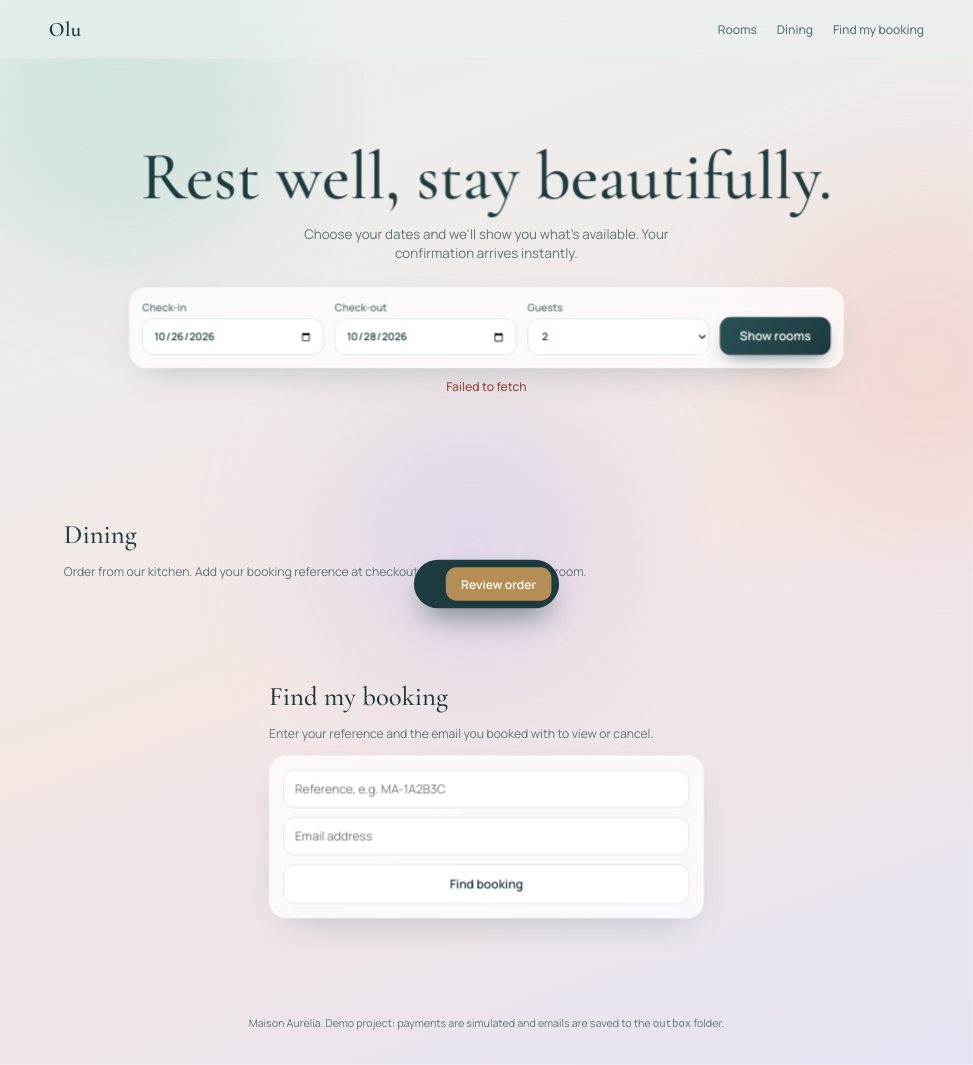
Repository: Deneththri/Hotel-System
Page: public/index.html
The author's editor kept a copy of each file at every save. The page is drawn from the files as they stood at one save, then again after a run of saves.
The browser window is 1280 px wide. The pictures show the whole page, at 76% of full size.
The page's requests for data from a server got no answer.

Above is the page before, as saved 2026-10-25 17:57:06.

After the next 2 saves:
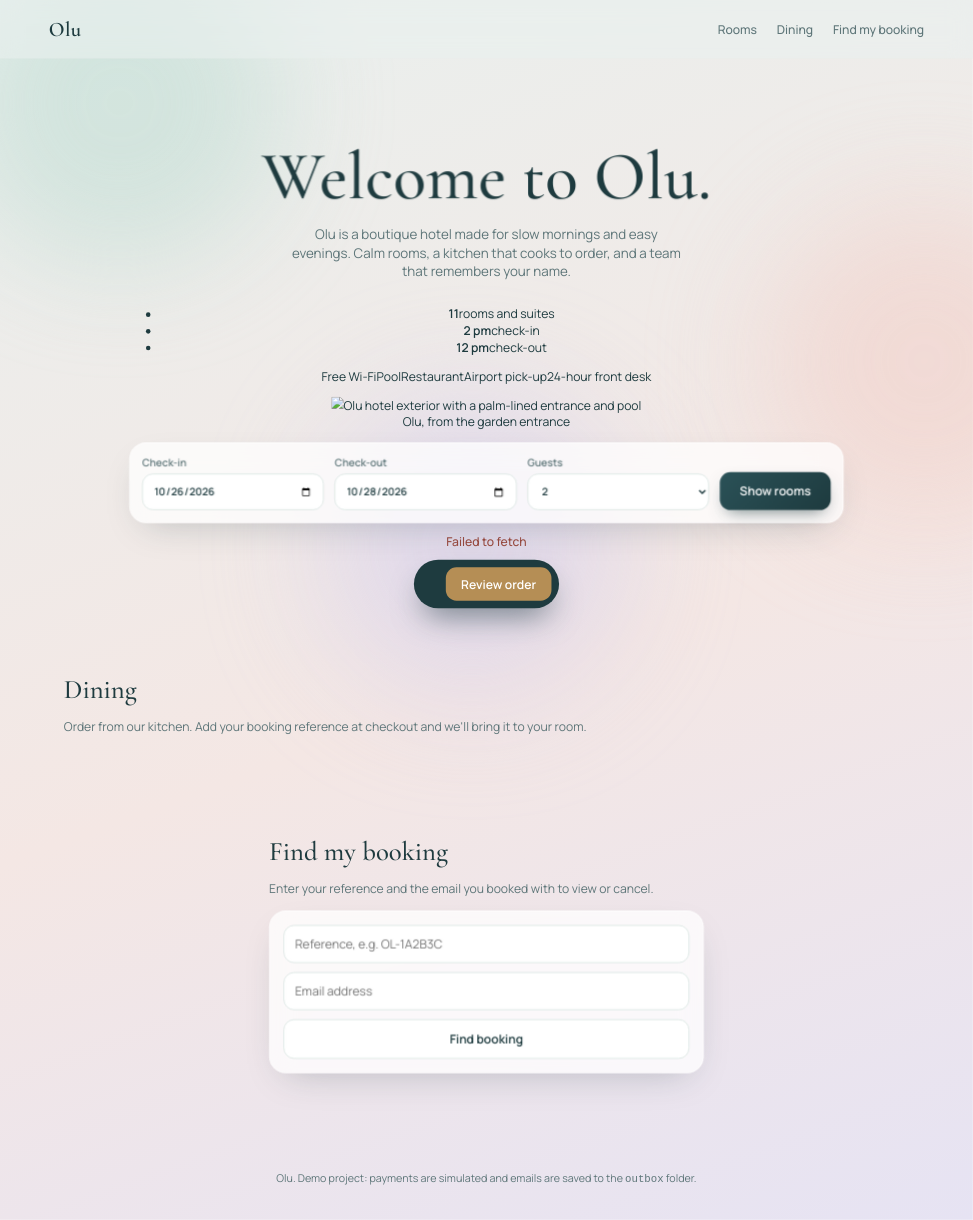
Not found: public/images/olu-hotel.svg
The 2 saves are shown as one change because they came seconds apart.
The last was saved 52 s later.
--- a/public/index.html
+++ b/public/index.html
@@ -4,7 +4,7 @@
 <head>
   <meta charset="utf-8">
   <meta name="viewport" content="width=device-width,initial-scale=1">
-  <title>Maison Aurelia | Book your stay</title>
+  <title>Olu | Book your stay</title>
   <link rel="preconnect" href="https://fonts.googleapis.com">
   <link
     href="https://fonts.googleapis.com/css2?family=Cormorant+Garamond:wght@500;600&family=Manrope:wght@400;500;600&display=swap"
@@ -21,8 +21,24 @@
   </header>
   <main id="top">
     <section class="hero">
-      <h1 class="hero-title"><span>Rest</span> <span>well,</span> <span>stay</span> <span>beautifully.</span></h1>
-      <p class="lead">Choose your dates and we'll show you what's available. Your confirmation arrives instantly.</p>
+      <div class="intro">
+        <div class="intro-text">
+          <h1 class="hero-title"><span>Welcome</span> <span>to</span> <span>Olu.</span></h1>
+          <p class="lead">Olu is a boutique hotel made for slow mornings and easy evenings. Calm rooms, a kitchen that
+            cooks to order, and a team that remembers your name.</p>
+          <ul class="facts">
+            <li><b>11</b><span>rooms and suites</span></li>
+            <li><b>2 pm</b><span>check-in</span></li>
+            <li><b>12 pm</b><span>check-out</span></li>
+          </ul>
+          <div class="amen"><span>Free Wi-Fi</span><span>Pool</span><span>Restaurant</span><span>Airport
+              pick-up</span><span>24-hour front desk</span></div>
+        </div>
+        <figure class="pic"><img src="images/olu-hotel.svg"
+            alt="Olu hotel exterior with a palm-lined entrance and pool">
+          <figcaption>Olu, from the garden entrance</figcaption>
+        </figure>
+      </div>
       <form id="search" class="card search">
         <label>Check-in<input type="date" id="checkIn" required></label>
         <label>Check-out<input type="date" id="checkOut" required></label>
@@ -49,15 +65,14 @@
     <section id="manage" class="section narrow">
       <h2>Find my booking</h2>
       <p class="muted">Enter your reference and the email you booked with to view or cancel.</p>
-      <form id="lookup" class="card lookup"><input id="lref" placeholder="Reference, e.g. MA-1A2B3C" required><input
+      <form id="lookup" class="card lookup"><input id="lref" placeholder="Reference, e.g. OL-1A2B3C" required><input
           id="lemail" type="email" placeholder="Email address" required><button class="btn ghost">Find booking</button>
       </form>
       <p id="lookupMsg" class="msg" role="status"></p>
       <div id="lookupResult"></div>
     </section>
   </main>
-  <footer>Maison Aurelia. Demo project: payments are simulated and emails are saved to the <code>outbox</code> folder.
-  </footer>
+  <footer>Olu. Demo project: payments are simulated and emails are saved to the <code>outbox</code> folder.</footer>
   <div class="cartbar" id="cartbar"><span></span><button class="btn" id="reviewBtn">Review order</button></div>
   <button class="pill" id="pill" hidden></button>
   <div id="modal" class="modal" hidden>
